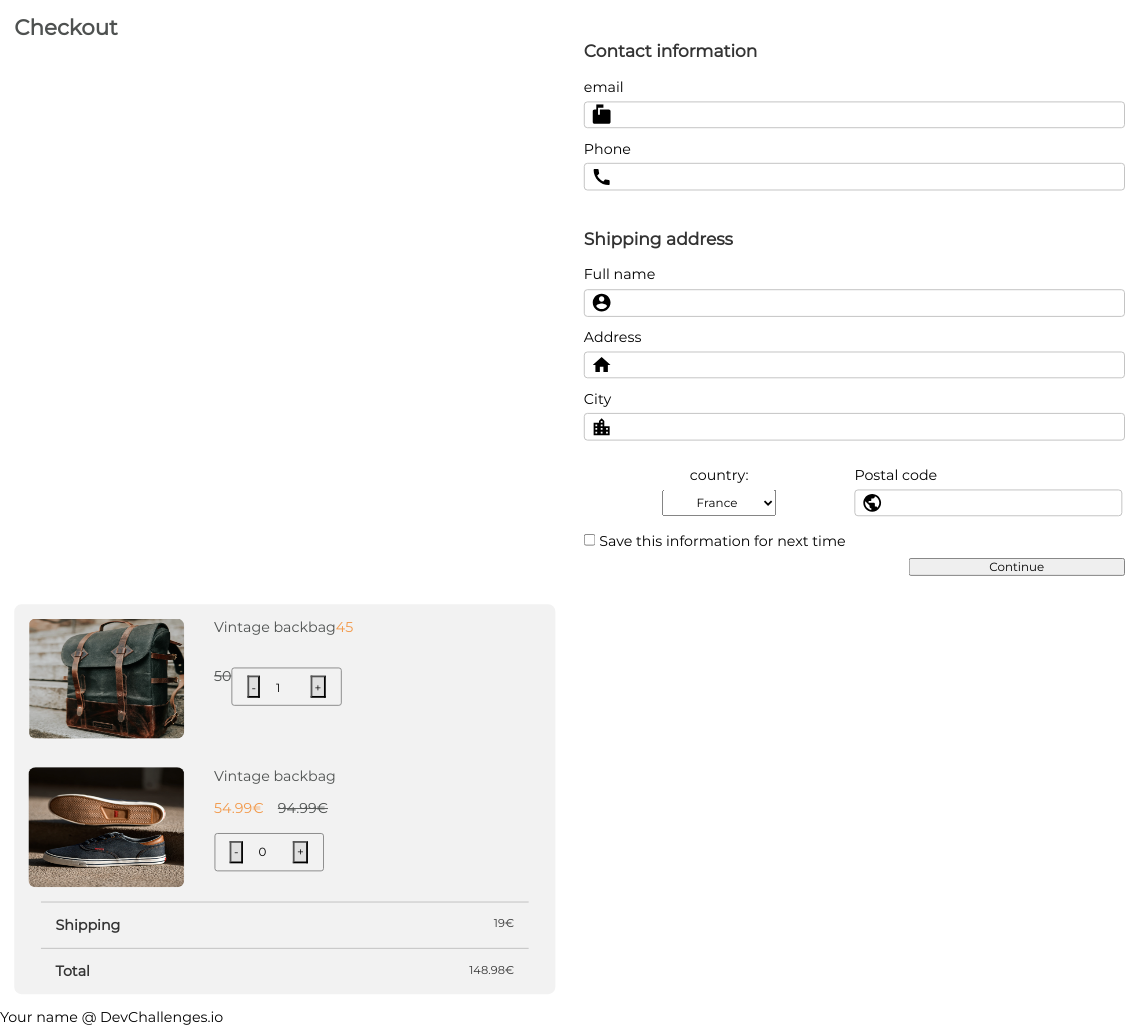
Repository: dubar-jeremy/checkout-page-master
Page: index.html
An editor plug-in stored every save of this project. The page is shown before and after the next save, followed by the edit.
The browser window is 1280 px wide. The pictures show the whole page, at 89% of full size.
The style sheet was rebuilt from its Sass, Less or Tailwind sources for each picture, by a compiler version that may differ from the author's.

Above is the page before, as saved 2021-02-05 23:58:59.

After the next save:
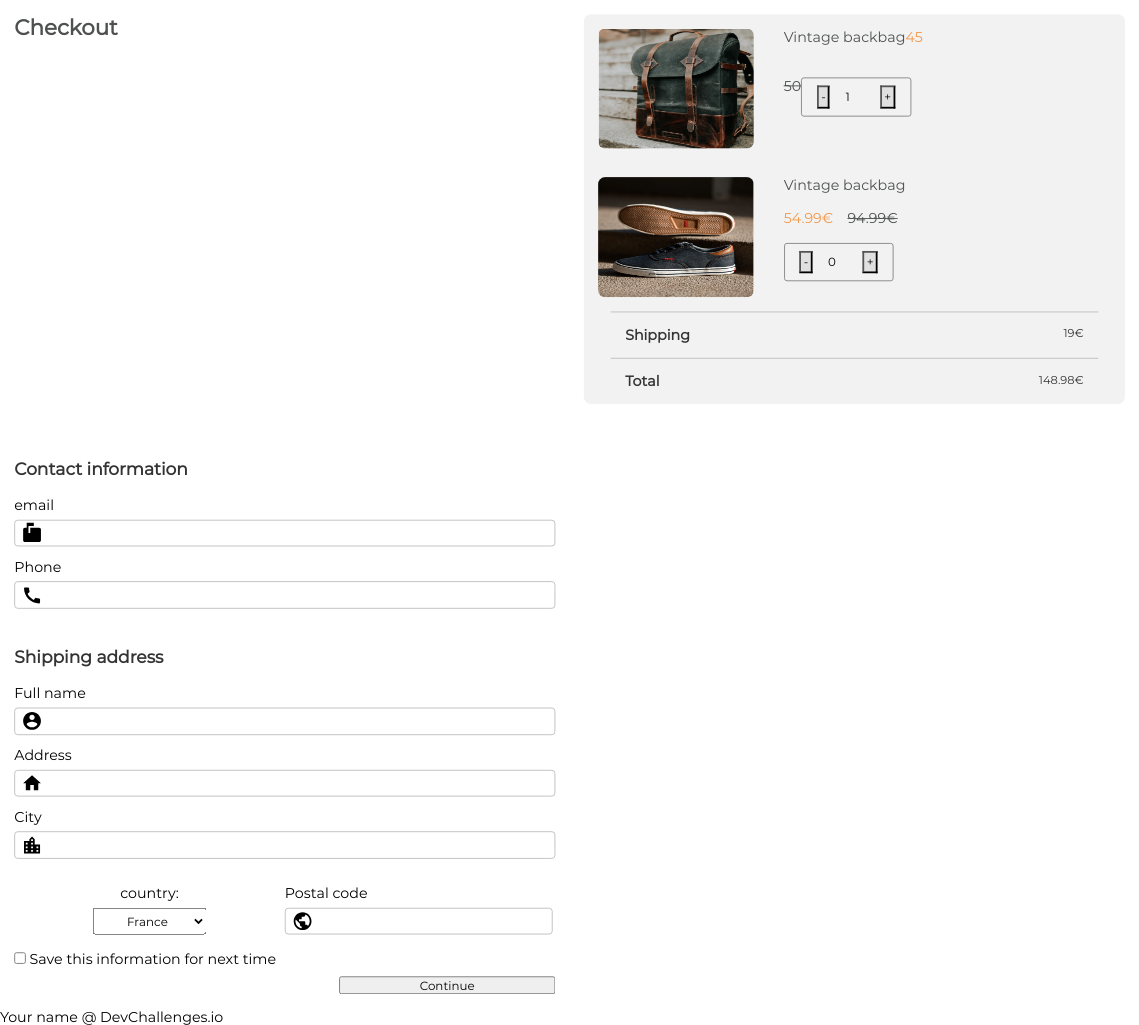
Saved 27 s later.
--- a/style/style.scss
+++ b/style/style.scss
@@ -237,6 +237,6 @@ form {
   }
 
   .checkout-container {
-    grid-column: 1 / 2;
-  }
-}
+    grid-row: 1 / 2;
+  }
+}
